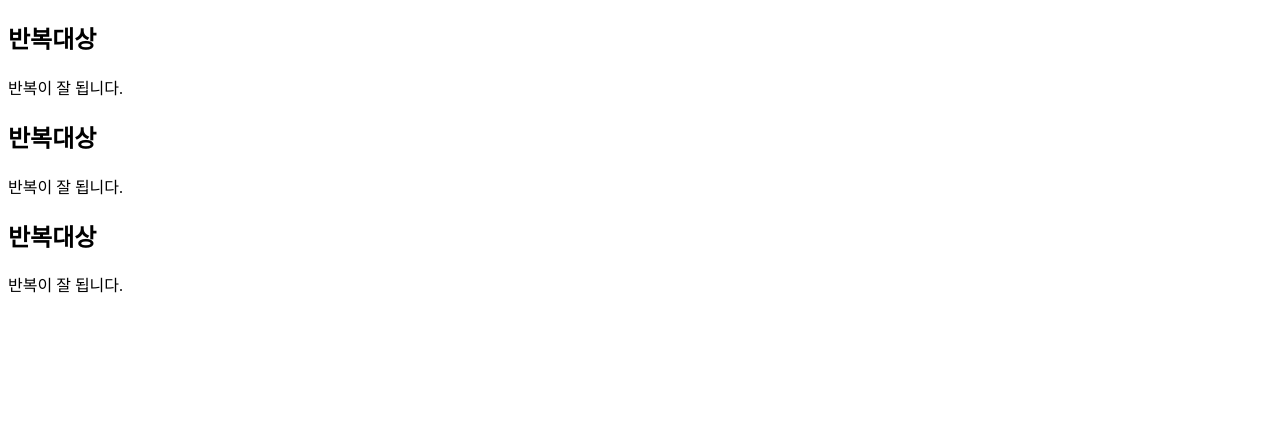
Repository: eyonghwan/jsp_practice
Page: http://localhost/JSPBasic/JspTag/Scriptlet.jsp
These files come from the project's save history. The page is drawn as it stood at one moment and after a run of saves; the edit follows.
The browser window is 1280 px wide. The pictures show the whole page.
The page is served by Tomcat 9.

Above is the page before, as saved 2022-01-28 02:29:10.

After the next 3 saves:
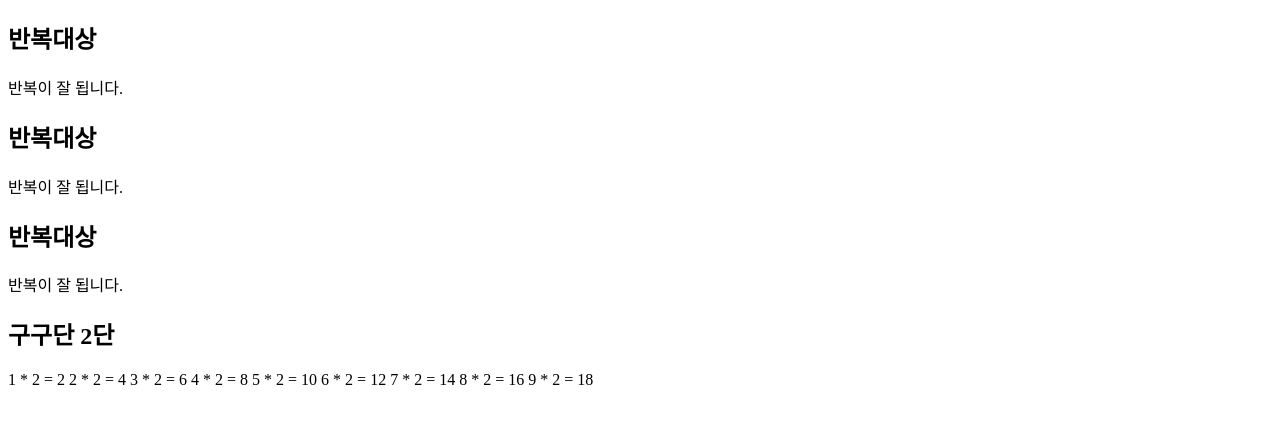
The 3 saves are shown as one change because 2 did not build or start.
The last was saved 5 min 7 s later.
--- a/JSPBasic/src/main/webapp/JspTag/Scriptlet.jsp
+++ b/JSPBasic/src/main/webapp/JspTag/Scriptlet.jsp
@@ -15,5 +15,13 @@
 			반복이 잘 됩니다.
 		</p>
 	<% } %>
+
+	<!-- 하단에 구구단 코드를 작성해주세요
+	System.out.println() 이 괄호 내 구문을 콘솔에 찍히게 해줬다면
+	out.println()은 html화면에 괄호 내 구문을 콘솔에 찍히게 해줍니다.
+	(javascript의 docoument.write()와 같은 역할) -->
+	<h2>구구단 2단</h2>
+	<% for(int i = 1; i < 10; i++) {
+		out.println(i + " * " + "2" + " = " + i*2); } %>
 </body>
 </html>
